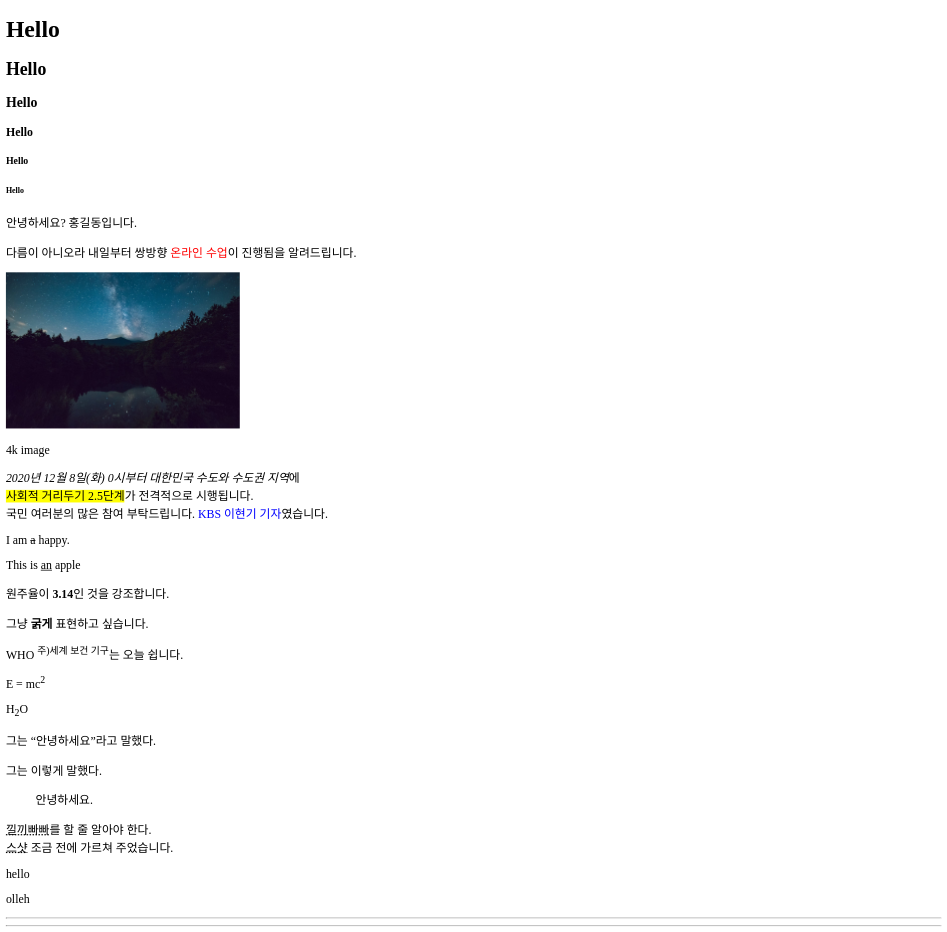
Repository: woneeseo/javastudy
Page: htmlStudy/workspace_html/HelloWorld/WebContent/f.html
These files come from the project's save history. The page is drawn as it stood at one moment and after the next save; the edit follows.
The browser window is 1280 px wide. The pictures show the whole page, at 74% of full size.

Above is the page before, as saved 2020-12-07 06:13:10.

After the next save:
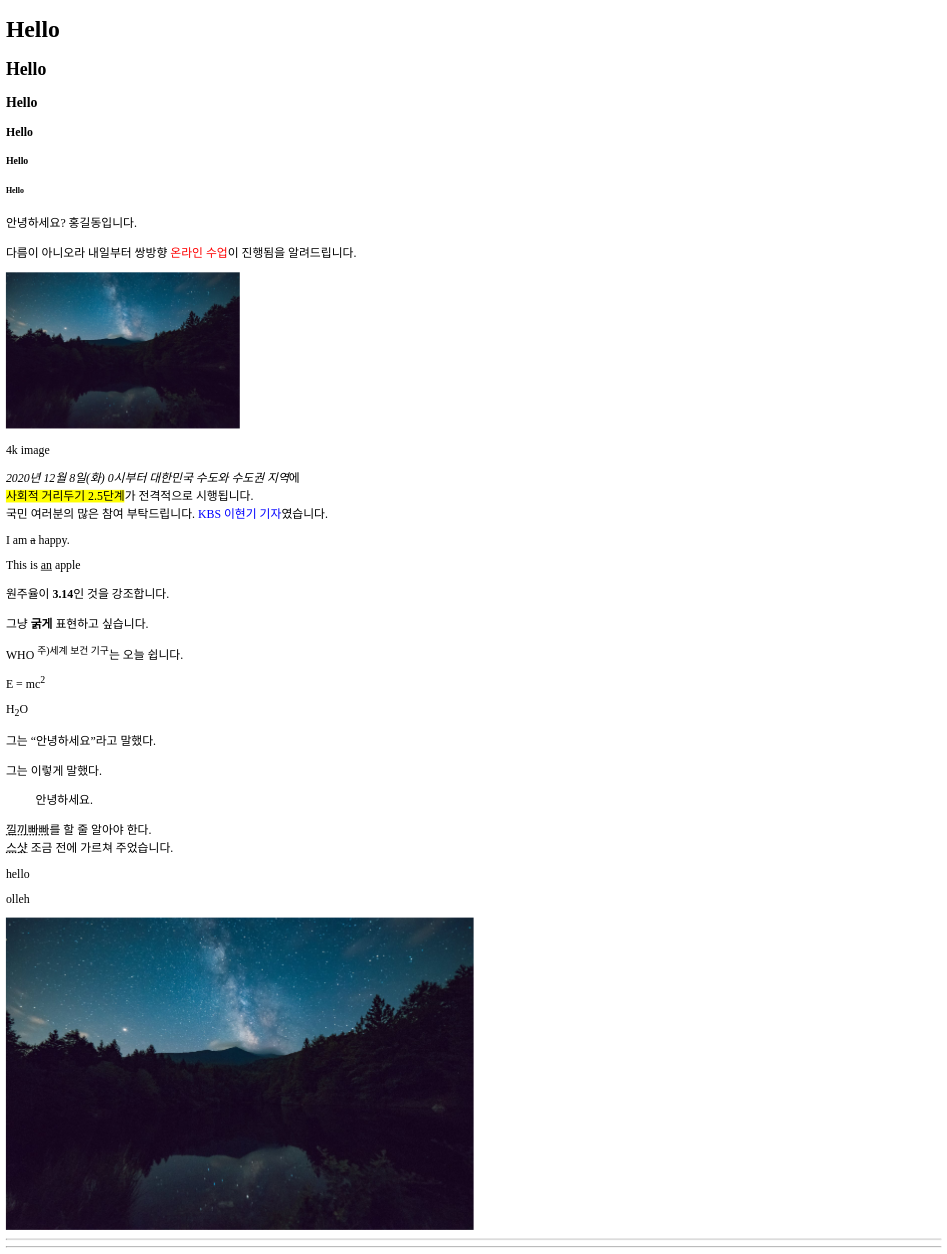
Saved 3 min 24 s later.
--- a/htmlStudy/workspace_html/HelloWorld/WebContent/f.html
+++ b/htmlStudy/workspace_html/HelloWorld/WebContent/f.html
@@ -89,7 +89,12 @@
 <p>hello</p>
 <p><bdo dir="rtl">hello</bdo></p>
 <!-- <bdo> 의 dir 속성을 이용하면 오른쪽-왼쪽으로 문자열을 표현할 수 있음 -->
+<!-- dir=ltr(left to right) : 왼쪽에서 오른쪽으로 텍스트 읽기 -->
+<!-- dir=rtl(right to left) : 오른쪽에서 왼쪽으로 텍스트 읽기 (ex.아랍어) -->
 
+<a href="https://www.nate.com">
+<img alt="4k image" src="test.jpeg" style="width: 50%; height: 50%;">
+</a>
 
 <hr>
 <hr>
